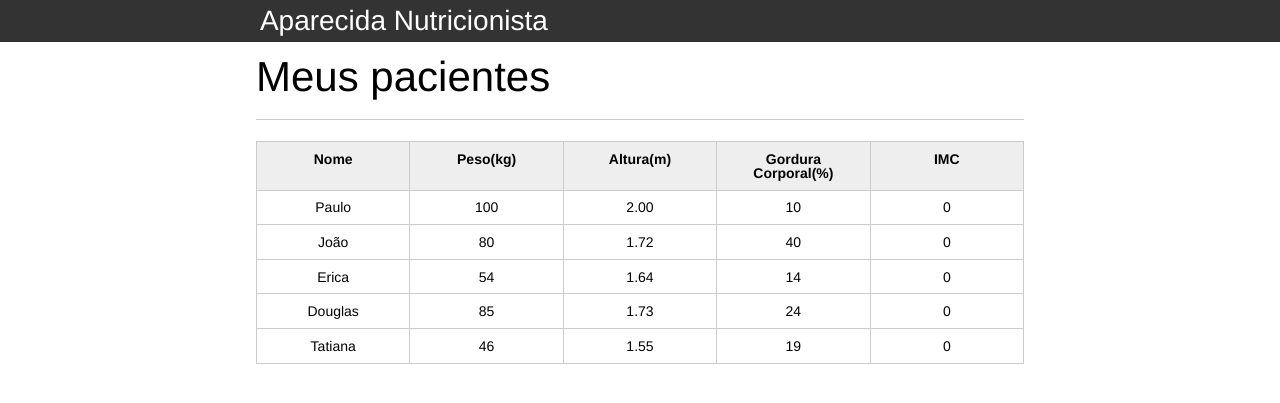
Repository: prof-fernando-alves/introducao-javascript
Page: index.html
An editor plug-in stored every save of this project. The page is shown before and after the next save, followed by the edit.
The browser window is 1280 px wide. The pictures show the whole page.

Above is the page before, as saved 2021-09-14 14:25:39.
Console error: TypeError: Cannot read properties of undefined (reading '0')

### index.html
<!DOCTYPE html>
<html lang="pt-br">
	<head>
		<meta charset="UTF-8">
		<title>Aparecida Nutrição</title>
		<link rel="icon" href="favicon.ico" type="image/x-icon">
		<link rel="stylesheet" type="text/css" href="css/reset.css">
		<link rel="stylesheet" type="text/css" href="css/index.css">

	</head>
	<body>

		<header>
			<div class="container">
				<h2 class="titulo">Aparecida Nutrição</h2>
			</div>
		</header>
		<main>
			<section class="container">
				<h2>Meus pacientes</h2>
				<table>
					<thead>
						<tr>
							<th>Nome</th>
							<th>Peso(kg)</th>
							<th>Altura(m)</th>
							<th>Gordura Corporal(%)</th>
							<th>IMC</th>
						</tr>
					</thead>
					<tbody id="tabela-pacientes">
						<tr class="paciente" id="primeiro-paciente">
							<td class="info-nome">Paulo</td>
							<td class="info-peso">100</td>
							<td class="info-altura">2.00</td>
							<td class="info-gordura">10</td>
							<td class="info-imc">0</td>
						</tr>

						<tr class="paciente" >
							<td class="info-nome">João</td>
							<td class="info-peso">80</td>
							<td class="info-altura">1.72</td>
							<td class="info-gordura">40</td>
							<td class="info-imc">0</td>
						</tr>

						<tr class="paciente" >
							<td class="info-nome">Erica</td>
							<td class="info-peso">54</td>
							<td class="info-altura">1.64</td>
							<td class="info-gordura">14</td>
							<td class="info-imc">0</td>
						</tr>

						<tr class="paciente">
							<td class="info-nome">Douglas</td>
							<td class="info-peso">85</td>
							<td class="info-altura">1.73</td>
							<td class="info-gordura">24</td>
							<td class="info-imc">0</td>
						</tr>
						<tr class="paciente" >
							<td class="info-nome">Tatiana</td>
							<td class="info-peso">46</td>
							<td class="info-altura">1.55</td>
							<td class="info-gordura">19</td>
							<td class="info-imc">0</td>
						</tr>
					</tbody>
				</table>

			</section>
		</main>

		<script src="js/principal.js" ></script>

	</body>
</html>

### css/index.css
*{
	box-sizing: border-box;
 }

body{
	font-family: "Helvetica Neue", "Helvetica", Helvetica, Arial, sans-serif;
	font-size: 14px;
}

header{
	background-color: #333;
	height: 3em;
	color: #FFF;
	margin-bottom: 1em;
}

header h1{
	font-size: 2em;
	display:inline-block;
	vertical-align:	middle;
}
header h2{
	font-size: 2em;
	display:inline-block;
	vertical-align:	middle;
}

header .container:before{
	content: '';
	display:inline-block;
	height: 100%;
	vertical-align:	middle;
}

.container{
	width: 60%;
	height: 100%;
	margin: 0 auto;
}

section{
	margin: 2em 0;
	overflow: hidden;
}

section h2{
	font-size: 3em;
	display: block;
	padding-bottom: .5em;
	border-bottom: 1px solid #ccc;
	margin-bottom: .5em;
}

table{
	width: 100%;
	margin-bottom : .5em;
    table-layout: fixed;

}

td, th {
	padding: .7em;
	margin: 0;
	border: 1px solid #ccc;
	text-align: center;
}

th{
	font-weight: bold;
	background-color: #EEE;
}

label{
	color: #555;
	display: block;
	margin-bottom: .2em;
}

.campo{
	margin: 0;
	padding-bottom: 1em;
	width: 100%;
	border: 1px solid #ccc;
	padding: .7em;
	width: 100%;
}

.campo-medio{
	display: inline-block;
	padding-right: .5em;
}

.grupo{
	width: 32%;
	display: inline-block;
	padding: 10px 0px;
}

button{
	padding: .5em 2em;
	border: 0;
	border-bottom: 3px solid;
	font-size: 1.2em;
	cursor: pointer;
	margin: 0;
	margin-top: -3px;
	color: #fff;
	background-color:#0c8cd3;
	border-color: #04324c;
	width: 20%;
    display: block;
    clear: both;
    margin: 10px 0px;

}

button:active{
	margin-top:0px;
	border: 0;
}

button[disabled=disabled], button:disabled {
    background-color: gray;
	border-color: darkgray;

}

.adicionar-paciente{
    margin-top: 30px;
}

.campo-invalido{
	border: 1px solid red;
}

### js/principal.js
var titulo = document.querySelector(".titulo");
titulo.textContent = "Aparecida Nutricionista";

var pacientes = document.querySelectorAll(".paciente");

for (var i=0; i < pacientes.length; i++){
        var paciente = paciente[i]

        var tdPeso = paciente.querySelector(".info-peso");
        var peso = tdPeso.textContent;

        var tdAltura = paciente.querySelector(".info-altura");
        var altura = tdAltura.textContent;

        var tdImc = paciente.querySelector(".info-imc");

        var pesoEhValido = true;
        var alturaEhValida = true;

        if (peso <= 0 || peso >= 1000) {
            console.log("Peso inválido!");
            pesoEhValido = false;
            tdImc.textContent = "Peso inválido";
        }

        if (altura <= 0 || altura >= 3.00) {
            console.log("Altura inválida!");
            alturaEhValida = false;
            tdImc.textContent = "Altura inválida";
        }

        if (pesoEhValido && alturaEhValida) {
            var imc = peso / (altura * altura);
            tdImc.textContent = imc;
}
}

Loaded but not shown: css/reset.css (common file)

After the next save:
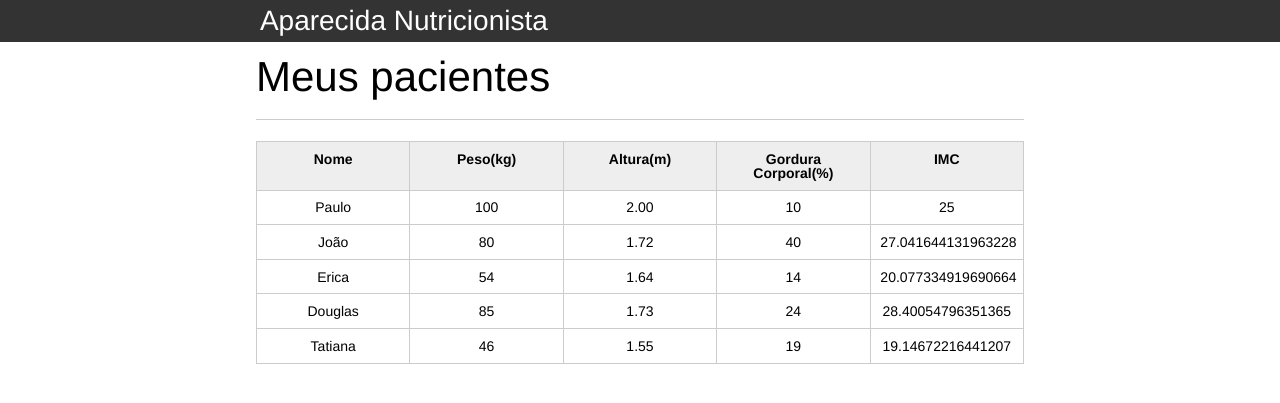
The error is gone.
Saved 37 s later.
--- a/js/principal.js
+++ b/js/principal.js
@@ -4,7 +4,7 @@ titulo.textContent = "Aparecida Nutricionista";
 var pacientes = document.querySelectorAll(".paciente");
 
 for (var i=0; i < pacientes.length; i++){
-        var paciente = paciente[i]
+        var paciente = pacientes[i]
 
         var tdPeso = paciente.querySelector(".info-peso");
         var peso = tdPeso.textContent;
